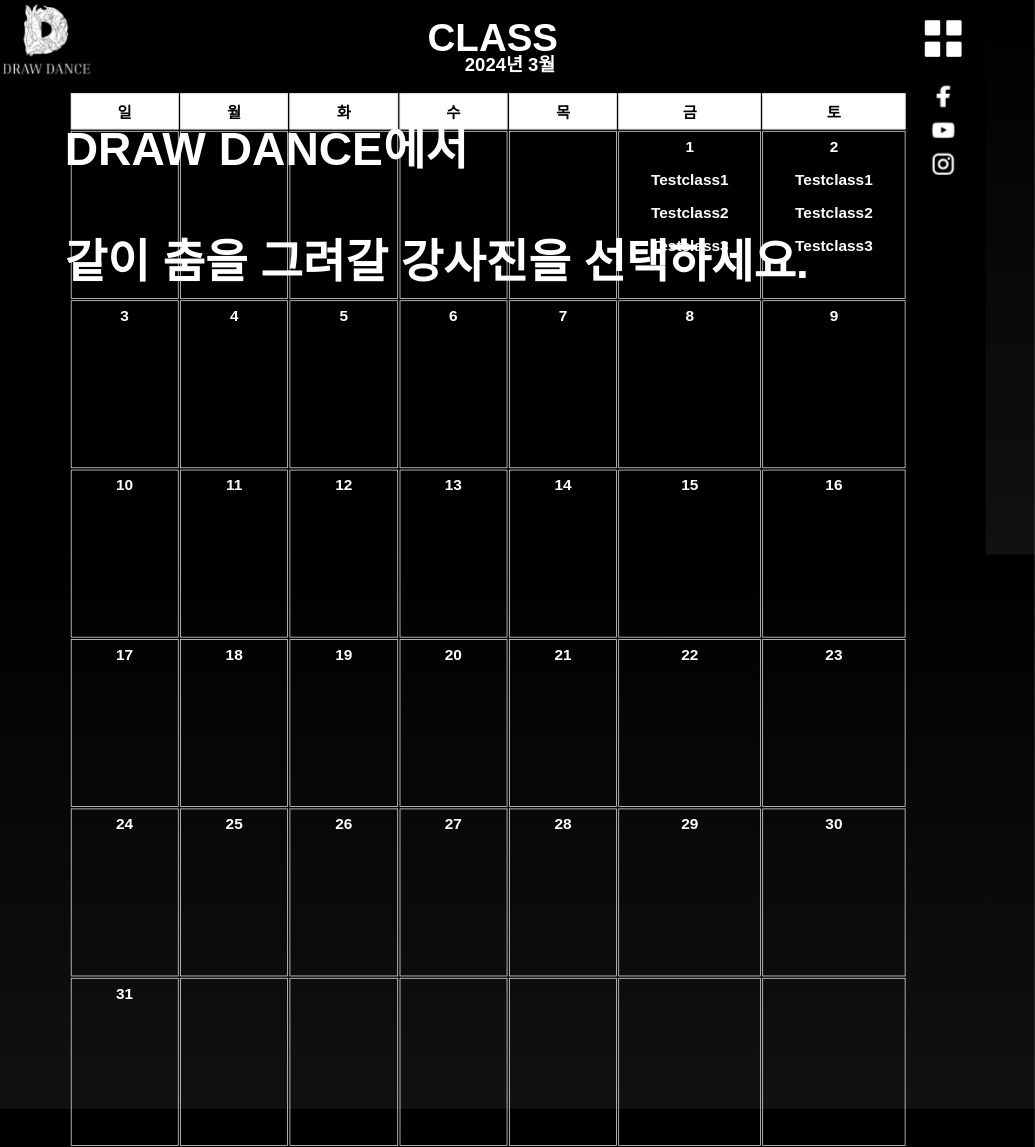
Repository: seonghun9906/semiProject
Page: http://localhost/drawAcademy/WEB-INF/views/Class/classpage.jsp
The author's editor kept a copy of each file at every save. The page is drawn from the files as they stood at one save, then again after the next save.
The browser window is 1280 px wide. The page is 1344 px wide, so the pictures cover 1344 px, including what lies to the right of the window. The pictures show the whole page, at 77% of full size.
The page is served by Tomcat 9. Nobody is signed in. The template is opened directly, without the code that normally fills it, so the values that code supplies are empty.

Above is the page before, as saved 2024-02-28 02:25:28.

After the next save:
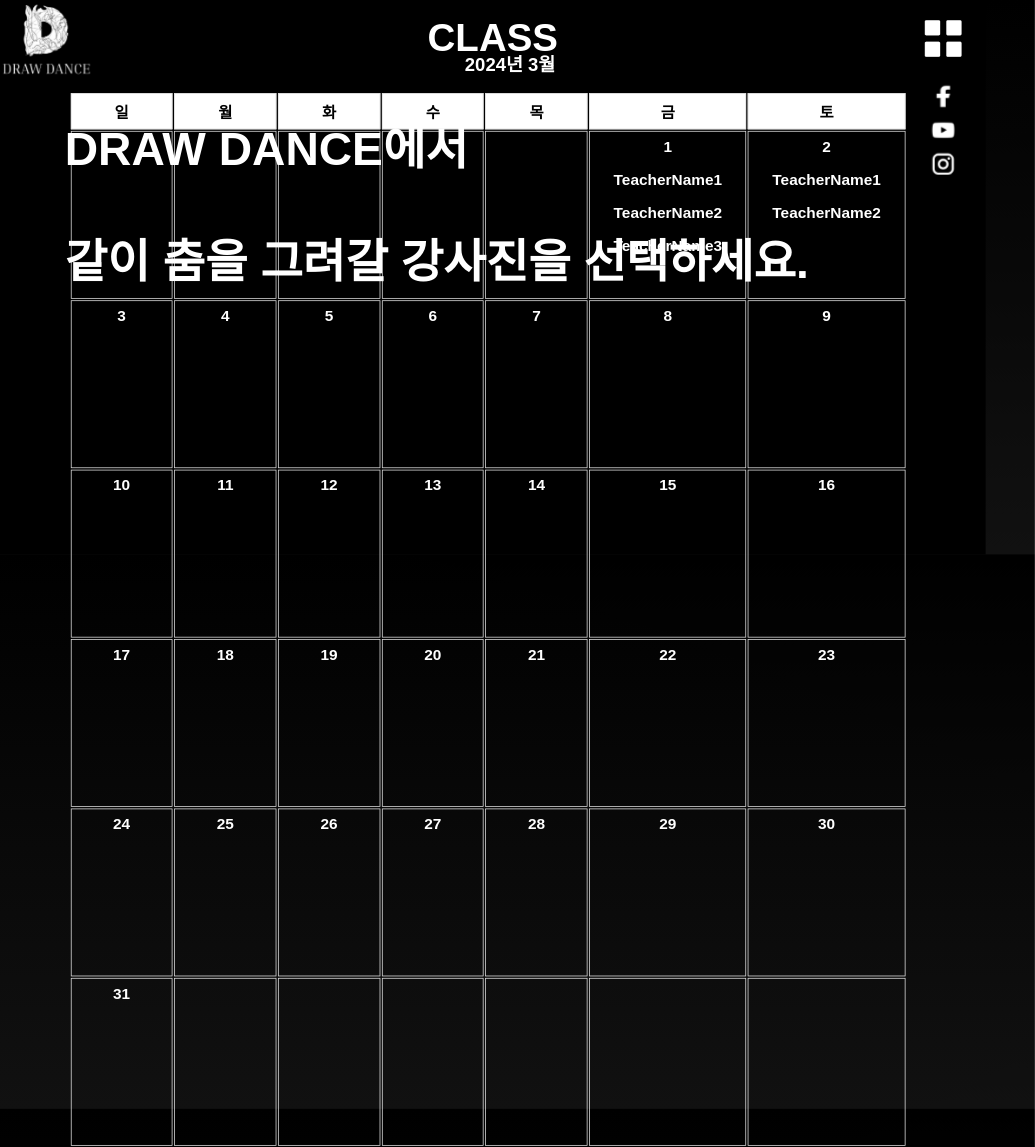
Saved 3 min 6 s later.
--- a/drawAcademy/src/main/webapp/WEB-INF/views/Class/classpage.jsp
+++ b/drawAcademy/src/main/webapp/WEB-INF/views/Class/classpage.jsp
@@ -133,14 +133,14 @@
             <td></td>
             <td></td>
             <td>1
-            <p><a href="class1" class="Testclass">Testclass1</a></p>
-            <p><a href="class2" class="Testclass">Testclass2</a></p>
-            <p><a href="class3" class="Testclass">Testclass3</a></p>
+            <p><a href="class1" class="Testclass">TeacherName1</a></p>
+            <p><a href="class2" class="Testclass">TeacherName2</a></p>
+            <p><a href="class3" class="Testclass">TeacherName3</a></p>
             </td>
             <td>2
-             <p><a href="class1" class="Testclass">Testclass1</a></p>
-            <p><a href="class2" class="Testclass">Testclass2</a></p>
-            <p><a href="class3" class="Testclass">Testclass3</a></p></td>
+             <p><a href="class1" class="Testclass">TeacherName1</a></p>
+            <p><a href="class2" class="Testclass">TeacherName2</a></p>
+            </td>
         </tr>
         <tr>
             <td>3</td>
